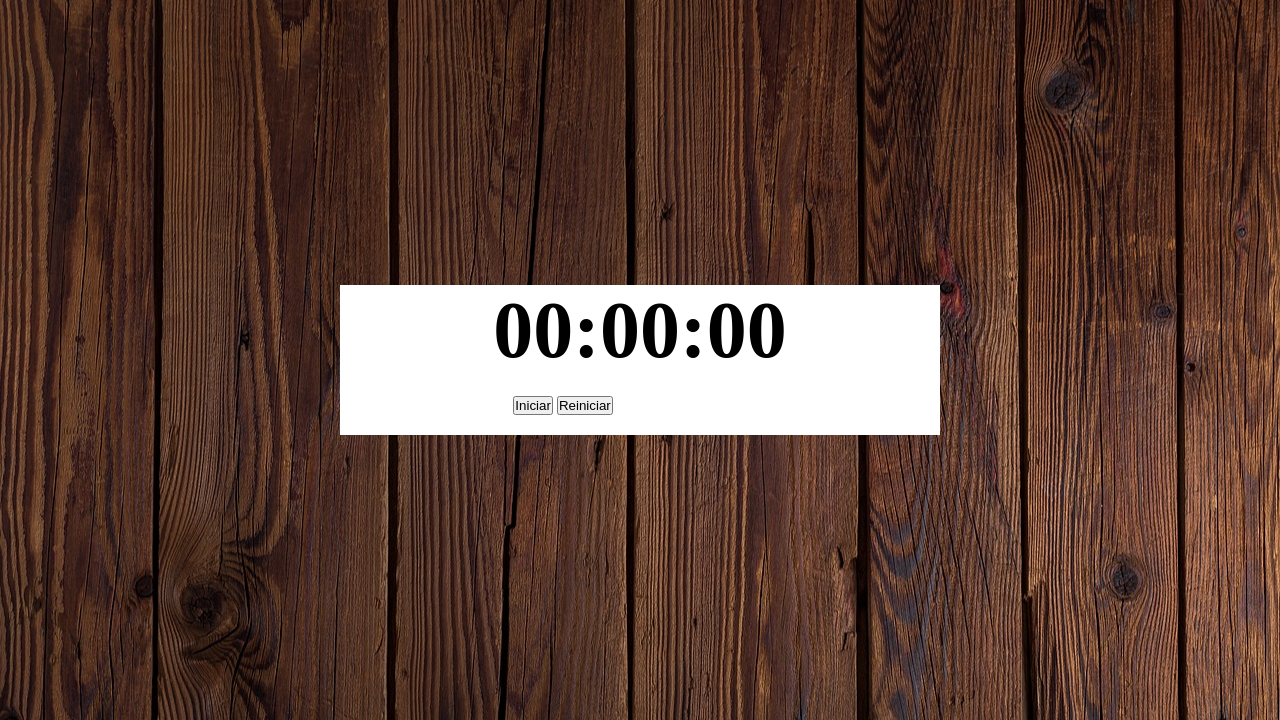
Repository: JoyMoGas/javascript-learn
Page: cronometro/index.html
These files come from the project's save history. The page is drawn as it stood at one moment and after the next save; the edit follows.
The browser window is 1280 px wide. The pictures show the whole page.

Above is the page before, as saved 2024-05-13 18:02:27.

### cronometro/index.html
<!DOCTYPE html>
<html lang="es">
  <head>
    <meta charset="UTF-8" />
    <meta name="viewport" content="width=device-width, initial-scale=1.0" />
    <link rel="stylesheet" href="styles.css" />
    <title>Cronometro</title>
  </head>
  <body>
    <main class="contenedor-principal">
      <div class="contenedor-interno">
        <div id="cronometro">00:00:00</div>
        <div class="contenedor-botones">
          <button id="boton-inicio-pausa" class="boton iniciar">Iniciar</button>
          <button id="boton-reiniciar" class="boton">Reiniciar</button>
        </div>
      </div>
    </main>
    <script src="app.js"></script>
  </body>
</html>

### cronometro/styles.css
/* Estilos Generales */

* {
  margin: 0;
  padding: 0;
}

body {
  height: 100vh;
  display: flex;
  justify-content: center;
  align-items: center;
  background: url('images/madera.jpg') no-repeat center center/ cover;
}

/* Contenedores */
.contenedor-principal {
  width: 80vw;
  max-width: 600px;
  min-width: 350px;
  display: flex;
  flex-wrap: wrap;
  justify-content: center;
  align-items: center;
  background-color: white;
}

.contenedor-botones {
  padding: 20px;
}

/* Cronometro */
#cronometro {
  width: 100%;
  font-size: 80px;
  font-weight: bold;
  user-select: none;
}

Loaded but not shown: cronometro/app.js (no stored copy; drawn as an empty file)

After the next save:
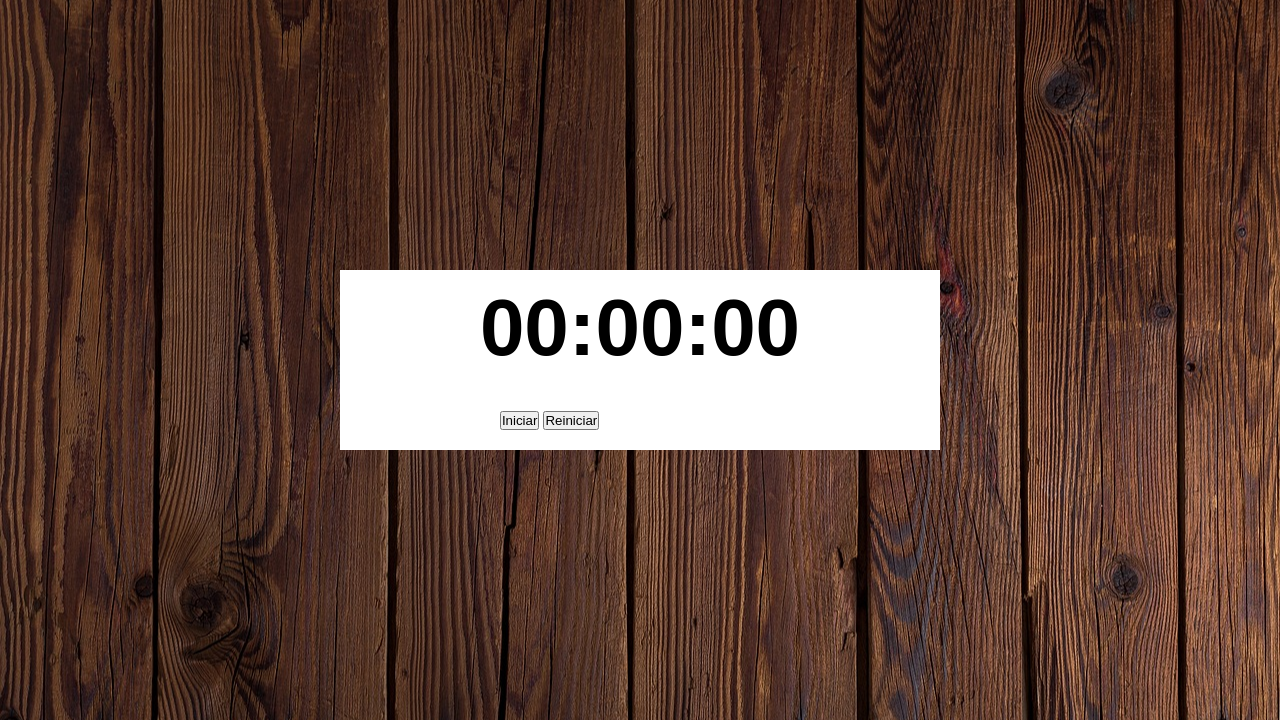
Saved 27 s later.
--- a/cronometro/styles.css
+++ b/cronometro/styles.css
@@ -35,4 +35,5 @@ body {
   font-size: 80px;
   font-weight: bold;
   user-select: none;
+  font-family: 'Noto Sans Thai', sans-serif;
 }
